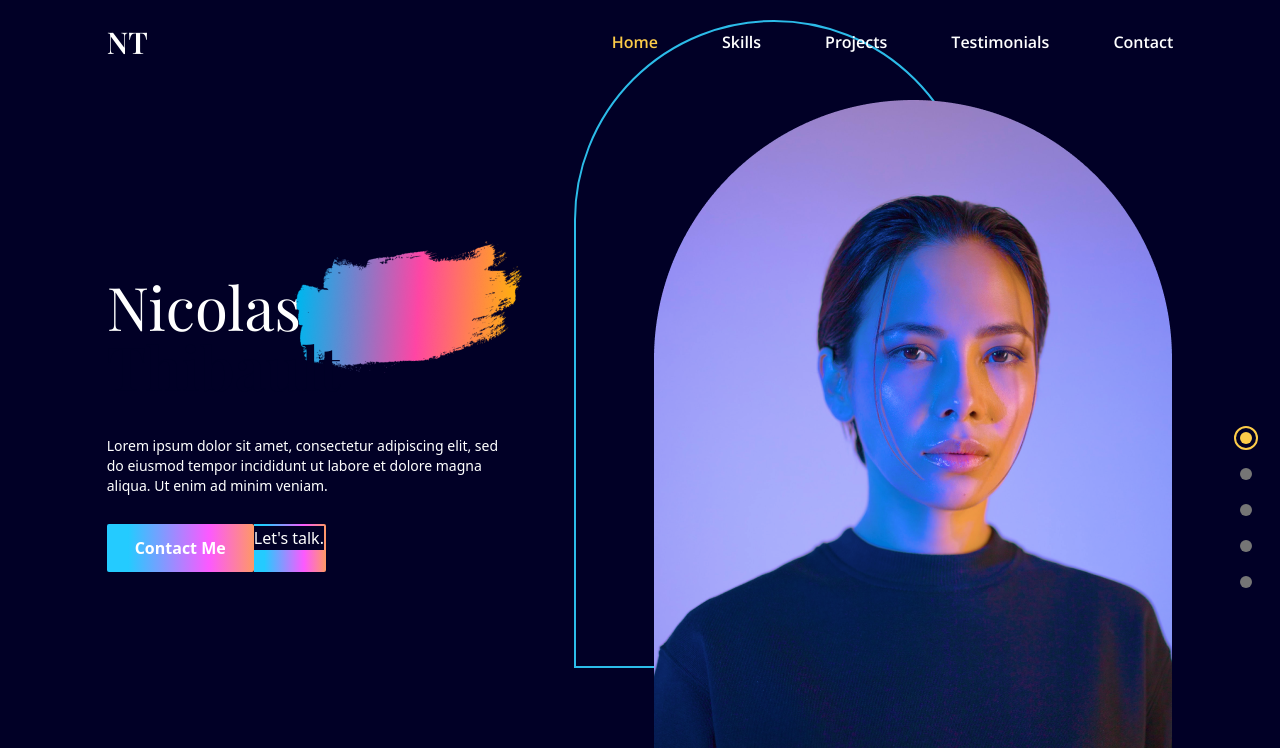
Repository: thibaultNicolas/portfolio-react
Page: /
These files come from the project's save history. The page is drawn as it stood at one moment and after the next save; the edit follows.
The browser window is 1280 px wide. The pictures show the whole page.
The project was rebuilt for these pictures with package versions that can differ from the ones it lists, and the page was loaded fresh each time. Also part of the build but not shown: next.config.ts.

Above is the page before, as saved 2023-01-08 10:50:13.

After the next save:
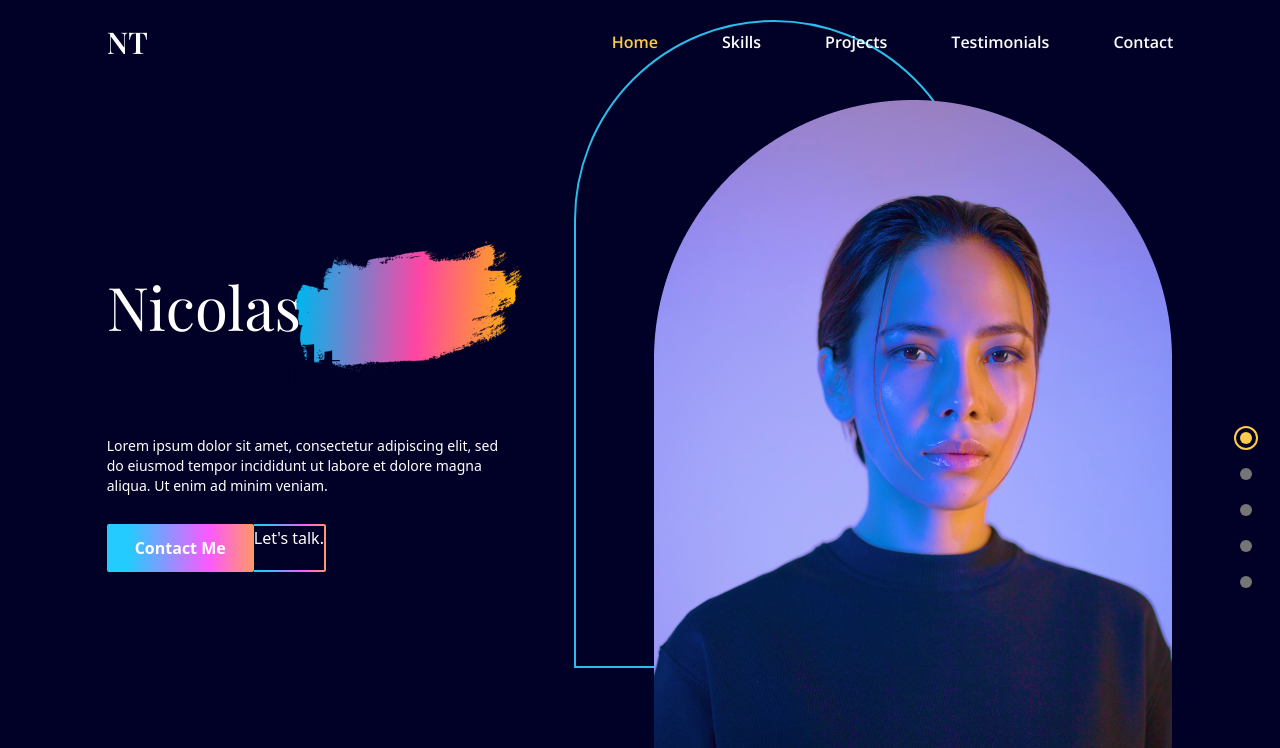
Saved 9 s later.
--- a/src/scenes/Landing.jsx
+++ b/src/scenes/Landing.jsx
@@ -82,7 +82,7 @@ const Landing = ({ setSelectedPage }) => {
                     className='rounded-r-sm bg-gradient-rainblue py-0.5 pr-0.5'
                     onClick={()=> setSelectedPage("contact")}
                     href="#contact">
-                        <div className='bg-deep-blue hover:text-red transition duratio'>
+                        <div className='bg-deep-blue hover:text-red transition duration-500 w-full h-full flex '>
                             Let's talk.
                         </div>
                     </AnchorLink>
